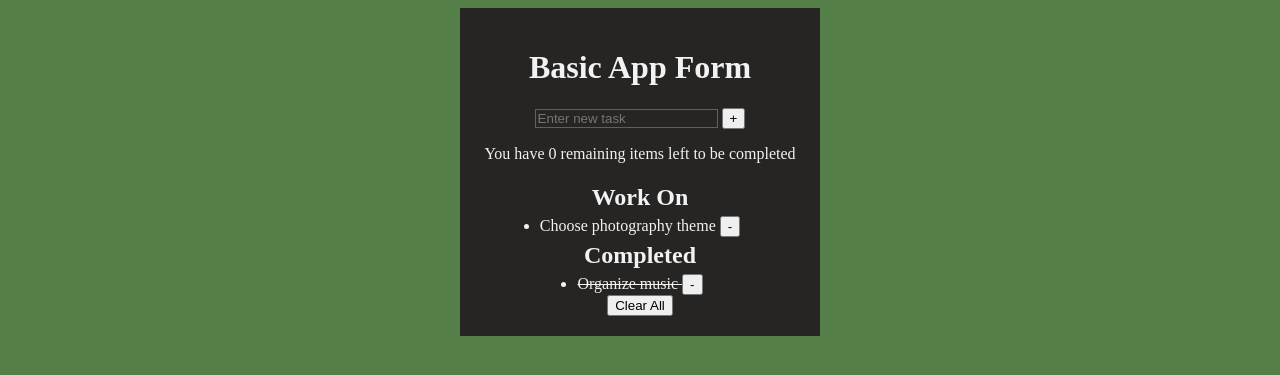
Repository: Kayla-amr/dgm_3760
Page: todoTemplate-W2/index.html
The author's editor kept a copy of each file at every save. The page is drawn from the files as they stood at one save, then again after the next save.
The browser window is 1280 px wide. The pictures show the whole page.

Above is the page before, as saved 2022-11-08 12:59:20.

### todoTemplate-W2/index.html
<!DOCTYPE html>
<html lang="en">

<head>
    <meta charset="UTF-8">
    <meta http-equiv="X-UA-Compatible" content="IE=edge">
    <meta name="viewport" content="width=device-width, initial-scale=1.0">
    <link rel="stylesheet" href="styles.css">
    <title>Basic Todo App</title>
</head>

<body>
    <main>
        <div class="taskForm">
            <h1 class="formTitle"></h1>
            <div>
                <input class="userInput" type="text" placeholder="Enter new task">
                <button class="addTask">+</button>
            </div>
            <p class="remainingTasks"></p>
            <h2>Work On</h2>
            <ul class='todoTasks'>
            </ul>
            <h2>Completed</h2>
            <ul class='completedTasks'>
            </ul>

            <button id="clearBtn">Clear All</button>
    </main>

    </div>
</body>
<script src="/todoTemplate-W2/index.js"></script>

</html>

### todoTemplate-W2/styles.css
body{
    background-color: #557f49;
    color: #f2f2f2;
}
main{
    display: flex;
    justify-content: center;
}
h2{
    margin: 0;
    padding: 5px;
}
.taskForm{
    background-color: #262524;
    padding: 20px;
    width: 20rem;
    display: flex;
    flex-direction: column;
    align-items: center;
}

.todoTasks{
    margin: 0;
    padding: 0;
}
.completedTasks{
    margin: 0;
    padding: 0;
}
.userInput{
    background-color: #eaaf1900;
    border: 1px solid #808080a1;
    color: #f2f2f2;
}

### todoTemplate-W2/index.js
const addBtn = document.querySelector('.addTask'); //store element object for the add task button
const todoTaskUl = document.querySelector('.todoTasks'); //get a reference to the task container UL
const completedTaskUL = document.querySelector('.completedTasks'); //get a reference to the task container UL
const clearBtn = document.querySelector('#clearBtn'); //clear button
const removeBtn = document.querySelector('.removeBtn');
const remainingTasks = document.querySelector('.remainingTasks')

let myList = [
	{
		id: 0,
		name: 'Choose photography theme',
		category: 'Homework',
		due_date: 'Tomorrow',
		status: false
	},
	{
		id: 1,
		name: 'Organize music',
		category: 'Chores',
		due_date: 'Wednesday',
		status: true
	}
];

//app title
document.querySelector('.formTitle').innerText = 'Basic App Form';

//view todods

function displayTodos(todos) {
	//clear out any tasks (li elements) that are in the UL
	todoTaskUl.innerHTML = '';
	completedTaskUL.innerHTML = '';
	//for each todo in the array, add it to the container UL
	todos.forEach(function(myTask) {
		if (myTask.status != true) {
			todoTaskUl.innerHTML += `<li data-todoId='${myTask.id}'> ${myTask.name} <button class="removeBtn" onclick="deleteTask()">-</button></li>`;
		} else {
			completedTaskUL.style.textDecoration = 'line-through';
			completedTaskUL.innerHTML += `<li data-todoId='${myTask.id}'> ${myTask.name} <button class="removeBtn" onclick="deleteTask()">-</button></li>`;
		}
	});
}

//add todos

function addTask() {
	let userInput = document.querySelector('.userInput').value;

	const newTodoObj = {
		id: myList.length + 1,
		name: userInput,
		category: null,
		due_date: null,
		status: false
	};

	myList.push(newTodoObj);
	displayTodos(myList);
}

// create a function to complete todos
function editTask() {
	const clickedTodoId = event.target.dataset.todoid;
	const todoIdx = myList.findIndex((todo) => todo.id == clickedTodoId);
	myList[todoIdx].status = !myList[todoIdx].status;
	console.log(myList)
	displayTodos(myList);
	// function will take 1 parameter (input) an id of the todo to complete
	// find the todo to complete and then change the value of status in the todo object
	//use the .findIndex method to get the index
	//then edit the object directly using bracket notation
	//IE: myList[todoIDX].status
}

//create a function to delete todos
function deleteTask() {

	const todoIdx = myList.findIndex((todo) => todo.obj == removeBtn);
	myList.splice(todoIdx, 1);
	displayTodos(myList);
	//much the same as the complete todo function
	//instead of editing the object, you will need to remove it from the array
}

function deleteComplete() {
	myList.forEach((todo, index, array) => {
		if(todo.status) {
			array.splice(index, 1)
		}
	})
}

function remaining(){
    let todoTaskUl = document.querySelector('.todoTasks').getElementsByTagName('li').length;

    remainingTasks.textContent = `You have ${todoTaskUl} remaining items left to be completed`
}

remaining()

//for complete and delete event listeners you will need to listen for events on the UL



addBtn.addEventListener('click', (event) => {
	addTask();
});

todoTaskUl.addEventListener('click', (event) => {
	editTask();
});

completedTaskUL.addEventListener('click', (event) => {
	editTask();
});

clearBtn.addEventListener('click', (event) => {


	deleteComplete()
	displayTodos(myList)

});

//on page load, show the todos
displayTodos(myList);

After the next save:
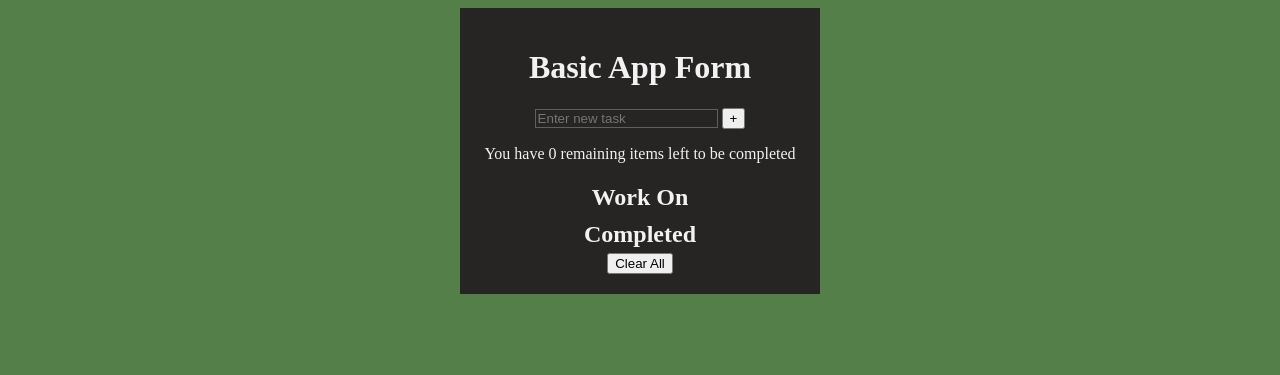
Console error: ReferenceError: Cannot access 'todoTaskUl' before initialization
Saved 5 s later.
--- a/todoTemplate-W2/index.js
+++ b/todoTemplate-W2/index.js
@@ -35,6 +35,9 @@ function displayTodos(todos) {
 	todos.forEach(function(myTask) {
 		if (myTask.status != true) {
 			todoTaskUl.innerHTML += `<li data-todoId='${myTask.id}'> ${myTask.name} <button class="removeBtn" onclick="deleteTask()">-</button></li>`;
+			let todoTaskUl = document.querySelector('.todoTasks').getElementsByTagName('li').length;
+
+    remainingTasks.textContent = `You have ${todoTaskUl} remaining items left to be completed`
 		} else {
 			completedTaskUL.style.textDecoration = 'line-through';
 			completedTaskUL.innerHTML += `<li data-todoId='${myTask.id}'> ${myTask.name} <button class="removeBtn" onclick="deleteTask()">-</button></li>`;
